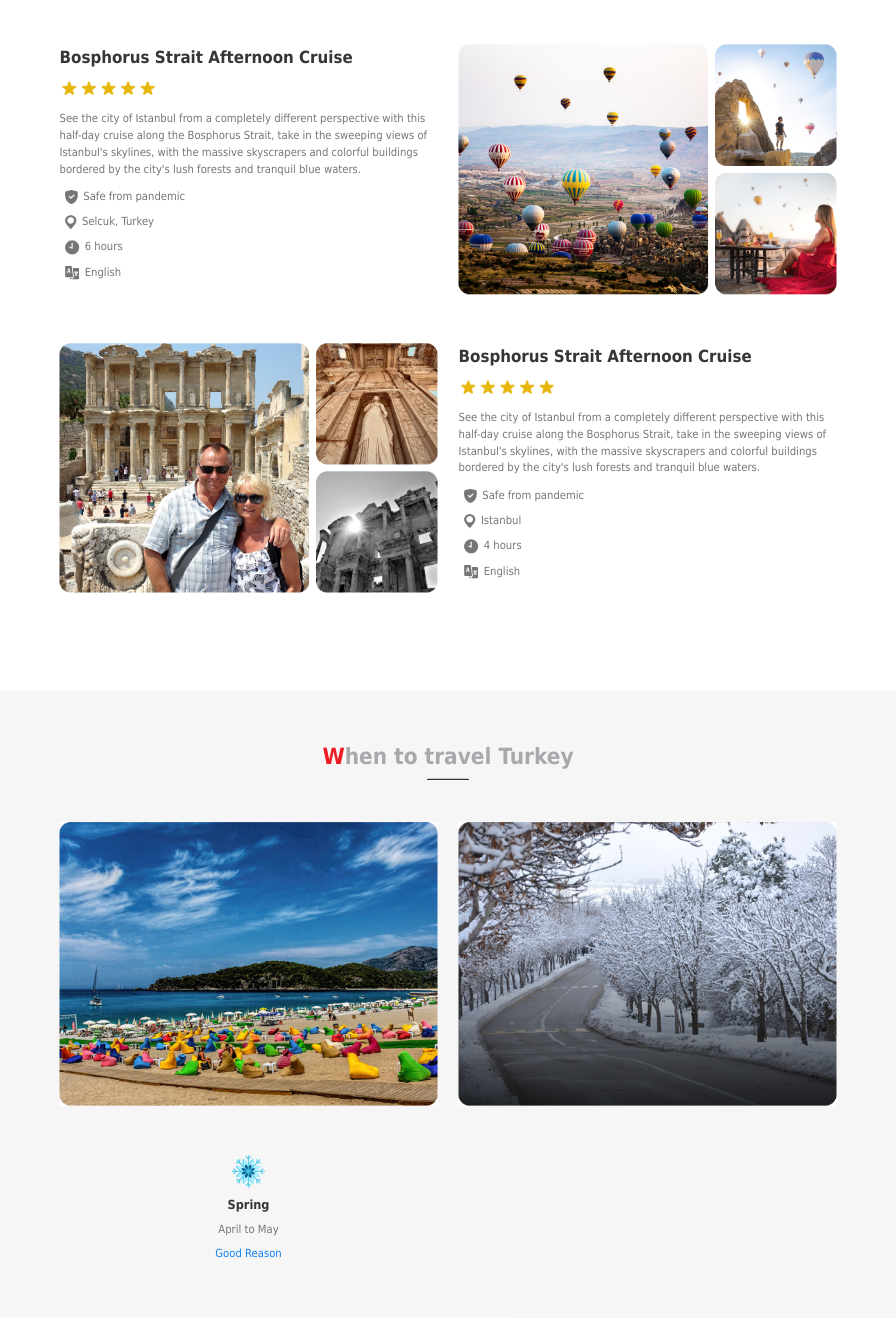
Repository: cvminhquan/turkey
Page: index.html
These files come from the project's save history. The page is drawn as it stood at one moment and after the next save; the edit follows.
The browser window is 1280 px wide. The pictures show the part of the page from y = 1878 to 3798 px (the page is 3761 px tall before and 3798 px after), at 70% of full size.
The style sheet was rebuilt from its Sass, Less or Tailwind sources for each picture, by a compiler version that may differ from the author's.

Above is the page before, as saved 2022-09-15 19:53:15.

After the next save:
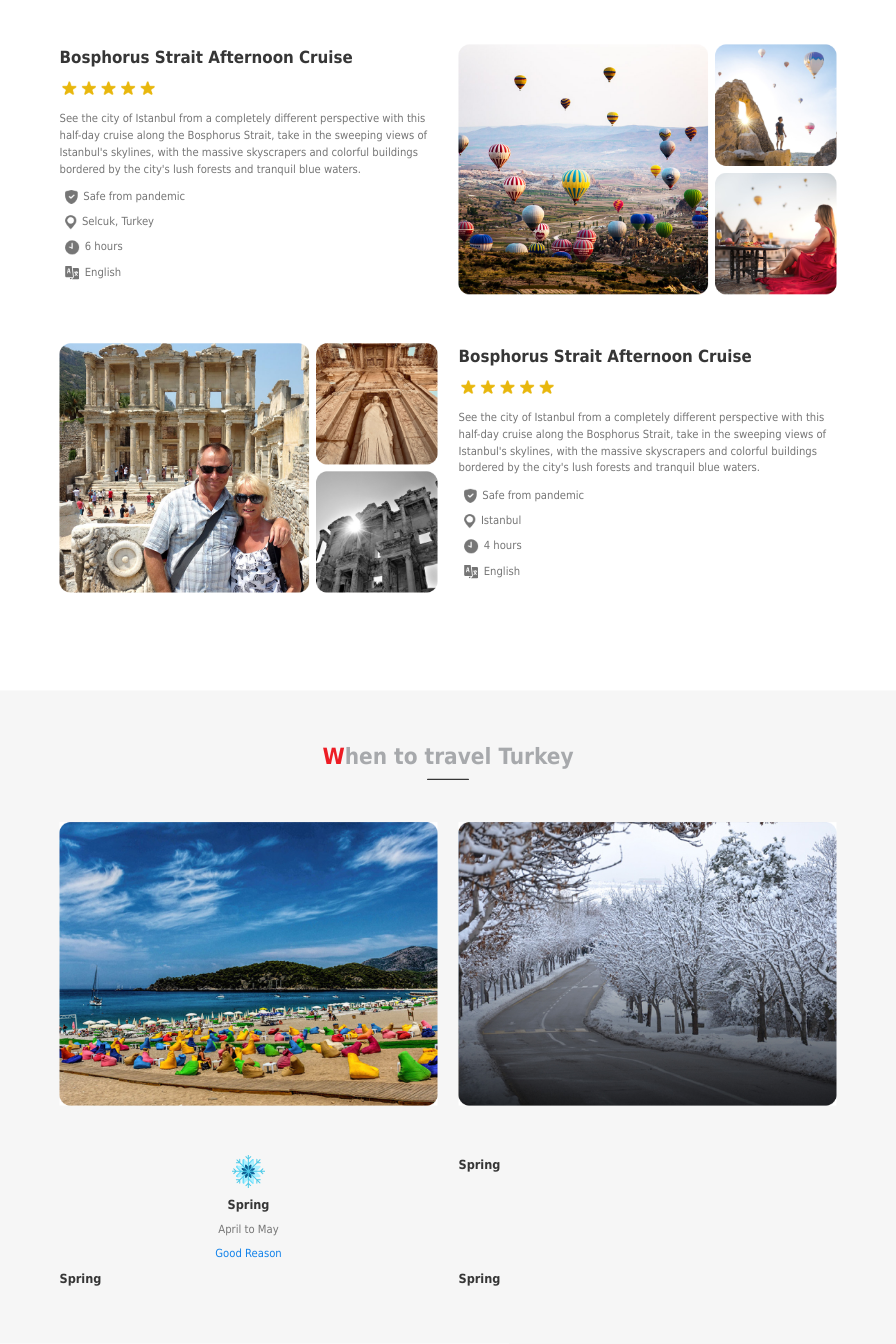
Saved 16 s later.
--- a/index.html
+++ b/index.html
@@ -200,9 +200,15 @@
                         </p>
                         <p class="text-status ">Good Reason</p>
                     </div>
-                    <div class="col-6 "></div>
-                    <div class="col-6 "></div>
-                    <div class="col-6 "></div>
+                    <div class="col-6 ">
+                        <h2>Spring</h2>
+                    </div>
+                    <div class="col-6 ">
+                        <h2>Spring</h2>
+                    </div>
+                    <div class="col-6 ">
+                        <h2>Spring</h2>
+                    </div>
                 </div>
             </div>
         </section>
